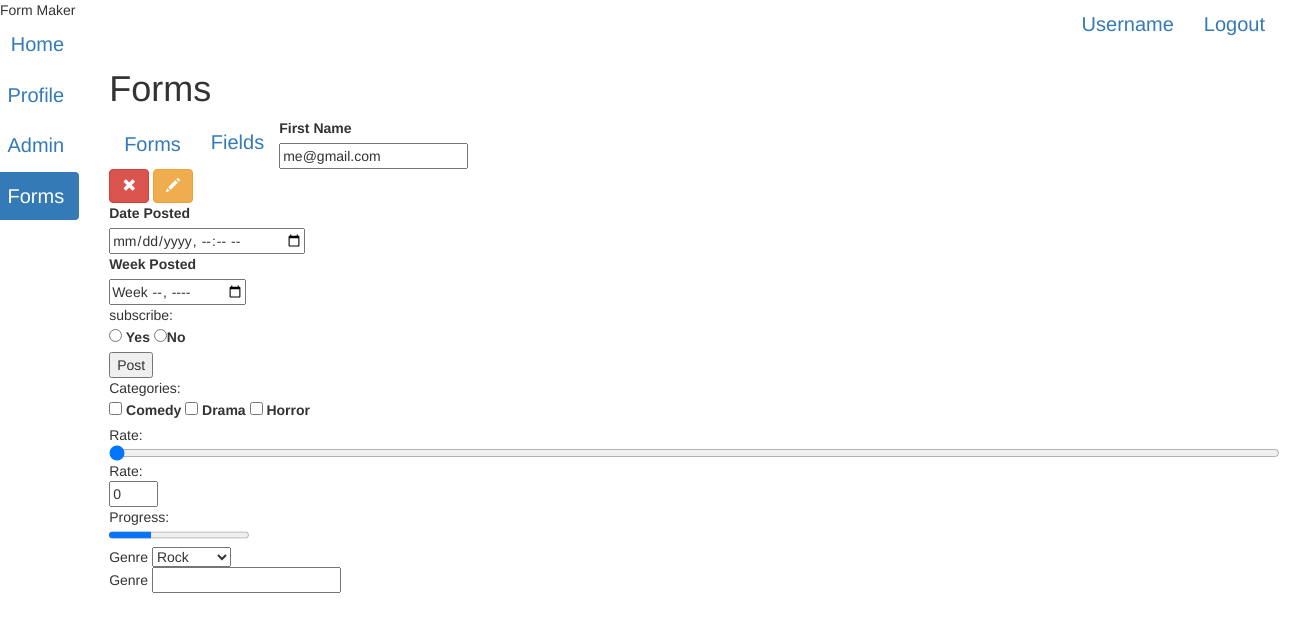
Repository: dishant8/Web-development
Page: public/WebDevWorkspace/Assignment1/WebContent/Css/Bootstrap/form-fields.html
These files come from the project's save history. The page is drawn as it stood at one moment and after the next save; the edit follows.
The browser window is 1280 px wide. The page is 1295 px wide, so the pictures cover 1295 px, including what lies to the right of the window. The pictures show the whole page.

Above is the page before, as saved 2015-10-03 20:32:51.

After the next save:
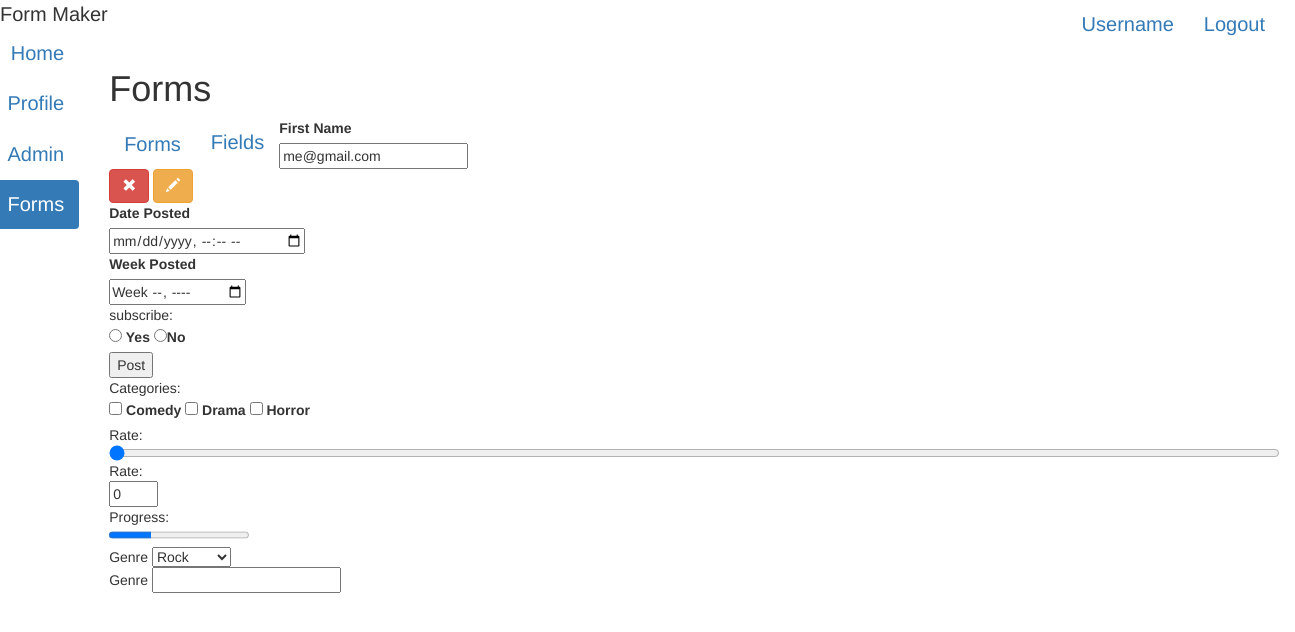
Saved 14 s later.
--- a/public/WebDevWorkspace/Assignment1/WebContent/Css/Bootstrap/form-fields.html
+++ b/public/WebDevWorkspace/Assignment1/WebContent/Css/Bootstrap/form-fields.html
@@ -14,7 +14,7 @@
 <body>
 	<div>
 		<div >
-				<span .class="header-width">Form Maker</span>
+				<span class="header-width">Form Maker</span>
 				<ul class="nav nav-pills navigate">
 					<li id="logout" role="presentation"><a href="login.html">Logout</a></li>
 					<li id="username" role="presentation"><a href="profile.html">Username</a></li>
